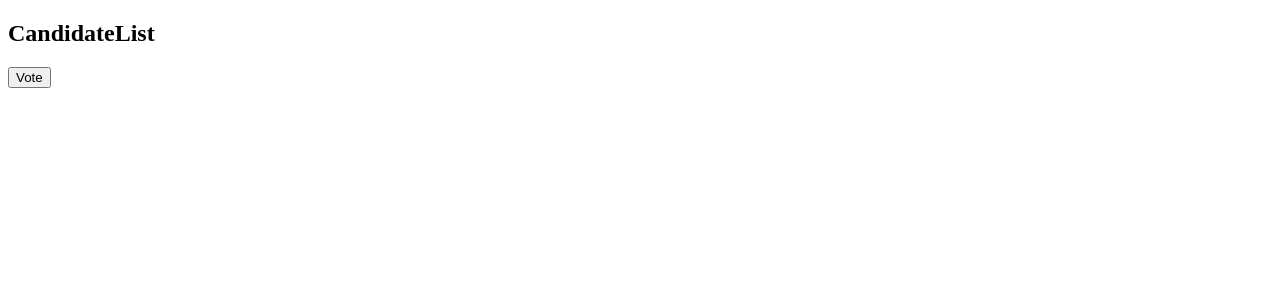
Repository: sunbeam-modular/IIT-08-B-Java
Page: http://localhost/demo02/candlist.jsp
These files come from the project's save history. The page is drawn as it stood at one moment and after the next save; the edit follows.
The browser window is 1280 px wide. The pictures show the whole page.
The page is served by Tomcat 9. Queries for data that is not in the repository find no rows.

Above is the page before, as saved 2025-12-25 05:14:46.

After the next save:
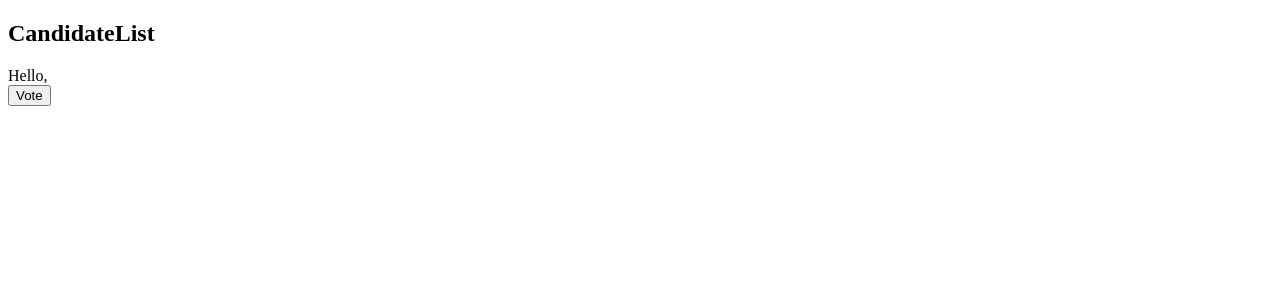
Saved 22 s later.
--- a/Day09/codes/day4/demo02/src/main/webapp/candlist.jsp
+++ b/Day09/codes/day4/demo02/src/main/webapp/candlist.jsp
@@ -11,7 +11,8 @@
 <h2>CandidateList</h2>
 
 <jsp:useBean id="lb" class = "com.sunbeam.beans.LoginBean"/>
-
+Hello,
+	<jsp:setProperty name = "lb" property="email"/>
 <jsp:useBean id="clb" class = "com.sunbeam.beans.CandidateListBean"/>
 ${clb.fetchCandidates()}
 <form method = "post" action = "vote.jsp">
